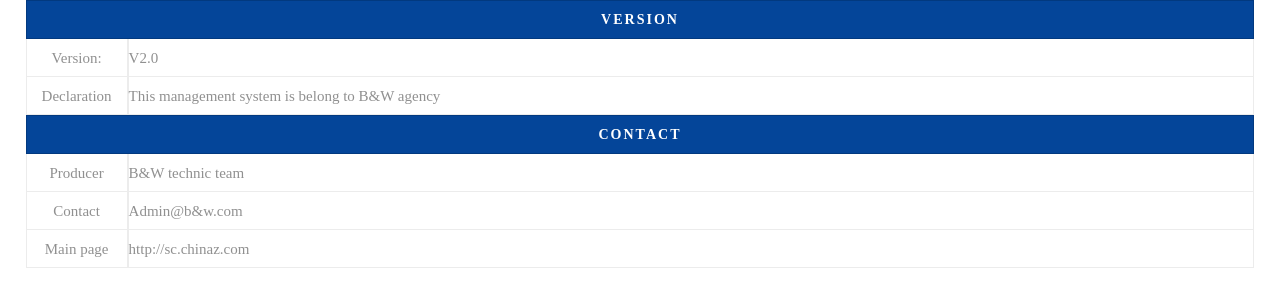
Repository: wkkmike/B-W-Travel-agency
Page: new/Admin/Main.html
The author's editor kept a record of every edit. The page is drawn from the files as they stood at one moment, then again after the next edit.
The browser window is 1280 px wide. The pictures show the whole page.

Above is the page before.

### new/Admin/Main.html
<!DOCTYPE html>
<html>
<head>
<meta http-equiv="Content-Type" content="text/html; charset=utf-8" />
<title>Admin-Management</title>
<link href="style/authority/basic_layout.css" rel="stylesheet" type="text/css">
<link href="style/authority/common_style.css" rel="stylesheet" type="text/css">
</head>
<body>
	<div id="container">
		<table class="table" cellspacing="0" cellpadding="0" width="100%" align="center"  border="0">
		    <tr>
		      <th colspan="2">Version</th>
		    </tr>
		    <tr>
		      <td width="100" height="30">Version:<span class="TableRow2"></span></td>
		      <td style="text-align:left">V2.0</td>
		    </tr>
		    <tr>
		      <td width="100" height="30">Declaration</td>
		      <td style="text-align:left">This management system is belong to B&W agency<br>
		    </tr>
		</table>
		<table class="table" cellspacing="0" cellpadding="0" width="100%" align="center" border="0">
		    <tr>
		      <th colspan="2">Contact </th>
		    </tr>
		    <tr>
		      <td width="100" height="30">Producer</td>
		      <td style="text-align:left">B&W technic team</td>
		    </tr>
		    <tr>
		      <td width="100" height="30">Contact</td>
		      <td style="text-align:left">
		      	<a href="mailto:shangcent@126.com">Admin@b&w.com</a>
		      </td>
		    </tr>
		    <tr>
		      <td width="100" height="30">Main page<span class="TableRow2"></span></td>
		      <td style="text-align:left">
		      	<a href="http://sc.chinaz.com" target="_blank">http://sc.chinaz.com</a>
		      </td>
		    </tr>
		</table>
	</div>
<div style="display:none"><script src='http://v7.cnzz.com/stat.php?id=155540&web_id=155540' language='JavaScript' charset='gb2312'></script></div>
</body>
</html>

### new/Admin/style/authority/basic_layout.css
@charset "UTF-8";

#container {
	width: 96%;
	margin: 0 auto;
	overflow: hidden;
}

#nav_links {
	width: 100%;
	height: 58px;
	line-height: 70px;
	color: #8A8A8A;
	font-size: 14px;
	border-bottom: 1px solid #EDEDED;
}

#page_close{
	display: inline-block; float: right;
	height: 20px;
	line-height: 0px;
	margin-top: 26px;
}

#ui_isFlag a:link,#ui_isFlag a:visited,#ui_isFlag a:hover,#ui_isFlag a:active
	{
	list-style: none;
	text-decoration: none;
	color: #8A8A8A;
}

#ui_isFlag a:hover {
	list-style: none;
	text-decoration: underline;
	color: #8A8A8A;
}

.ui_content {
	margin-top: 5px;
	overflow: auto;
	clear: both;
}

.ui_op_w500 {
	margin: 5px auto;
	width: 500px;
	border: 1px solid #8A8A8A;
}

.ui_op_w800 {
	margin: 5px auto;
	width: 800px;
	border: 1px solid #8A8A8A;
}

.ui_nav_head {
	height: 30px;
	line-height: 30px;
	text-align: center;
	background: #044599;
	color: #FFF;
	margin-bottom: 10px;
	font-size: 16px;
}

.ui_tb {
	overflow: visible;
	margin-bottom: 15px;
}

.ui_tb_h680 {
	height: 680px;
	overflow: auto;
}

.ui_tb_h530 {
	height: 530px;
	overflow: auto;
}

.ui_tb_h460 {
	height: 460px;
	overflow: auto;
}

.ui_tb_h300 {
	height: 300px;
	overflow: auto;
}

.ui_tb_h150 {
	height: 150px;
	overflow: auto;
}

.ui_tb_h80 {
	height: 80px;
	overflow: auto;
}

.ui_tb_h30 {
	height: 30px;
	overflow: auto;
}


#box_border {
	border: 1px solid #EDEDED;
}

#box_top {
	height: 37px;
	line-height: 37px;
	color: #fff;
	background: #044599;
	padding-left: 20px;
}

#box_center {
	height: 50px;
	line-height: 50px;
	border-bottom: 1px solid #EDEDED;
}

#box_bottom {
	height: 40px;
	line-height: 40px;
	text-align: right;
}

### new/Admin/style/authority/common_style.css
@charset "UTF-8";

body {
	margin: 0;
	font: normal 15px "Microsoft YaHei";
	color: #0C0C0C;
	font-size: 14px;
	line-height: 20px;
}

html {
	height: 100%;
	margin: 0;
	padding: 0;
}

body {
	height: 100%;
	margin: 0;
	padding: 0;
	font-family: "Microsoft Yahei"
}

html,body,div,h1,ul,li,select,p,iframe,input,textarea {
	margin: 0;
	padding: 0;
}

a:link,a:visited,a:hover,a:active {
	list-style: none;
	text-decoration: none;
	color: #909090;
}

a:hover {
	list-style: none;
	text-decoration: underline;
	color: #1A5CC6;
}

.table {
	padding: 0;
	margin: 0;
	position: relative;
	margin: 0 auto;
}

.table tbody tr th {
	background: #044599 no-repeat;
	text-align: center;
	border-left: 1px solid #02397F;
	border-right: 1px solid #02397F;
	border-bottom: 1px solid #02397F;
	border-top: 1px solid #02397F;
	letter-spacing: 2px;
	text-transform: uppercase;
	font-size: 14px;
	color: #fff;
	height: 37px;
}

.table tbody tr td {
	text-align: center;
	border-left: 1px solid #ECECEC;
	border-right: 1px solid #ECECEC;
	border-bottom: 1px solid #ECECEC;
	font-size: 15px;
	color: #909090;
	height: 37px;
}

.ui_text_indent {
	text-indent: 5px;
	clear: both;
}

.ui_text_ct {
	text-align: center;
}

.ui_text_lt {
	text-align: left;
}

.ui_text_rt {
	text-align: right;
}

.ui_flt {
	float: left;
}

.ui_frt {
	float: right;
}

.ui_area01 {
	width: 300px;
	height: 50px;
	margin: 2px 2px 2px 5px;
	outline: 0;
	padding: 5px;
	border: 1px solid;
	border-color: #C0C0C0 #D9D9D9 #D9D9D9;
	border-radius: 2px;
	background: #FFF;
	box-shadow: inset 0 1px 2px rgba(0, 0, 0, 0.1), 0 1px 0
		rgba(255, 255, 255, 0.2);
	-webkit-transition: box-shadow, border-color .5s ease-in-out;
	-moz-transition: box-shadow, border-color .5s ease-in-out;
	-o-transition: box-shadow, border-color .5s ease-in-out;
}

.ui_select01 {
	width: 120px;
	height: 30px;
	margin: 2px 2px 2px 5px;
}

.ui_select02 {
	width: 80px;
	height: 30px;
	margin: 2px 2px 2px 5px;
}

.ui_input_txt01 {
	width: 25px;
	height: 16px;
	margin: 1px 1px 1px 5px;
	outline: 0;
	padding: 5px;
	border: 1px solid;
	border-color: #C0C0C0 #D9D9D9 #D9D9D9;
	border-radius: 2px;
	background: #FFF;
	box-shadow: inset 0 1px 2px rgba(0, 0, 0, 0.1), 0 1px 0
		rgba(255, 255, 255, 0.2);
	-webkit-transition: box-shadow, border-color .5s ease-in-out;
	-moz-transition: box-shadow, border-color .5s ease-in-out;
	-o-transition: box-shadow, border-color .5s ease-in-out;
}

.ui_input_txt02 {
	width: 150px;
	height: 18px;
	margin: 2px 2px 2px 5px;
	outline: 0;
	padding: 5px;
	border: 1px solid;
	border-color: #C0C0C0 #D9D9D9 #D9D9D9;
	border-radius: 2px;
	background: #FFF;
	box-shadow: inset 0 1px 2px rgba(0, 0, 0, 0.1), 0 1px 0
		rgba(255, 255, 255, 0.2);
	-webkit-transition: box-shadow, border-color .5s ease-in-out;
	-moz-transition: box-shadow, border-color .5s ease-in-out;
	-o-transition: box-shadow, border-color .5s ease-in-out;
}

.ui_input_txt03 {
	width: 300px;
	height: 18px;
	margin: 2px 2px 2px 5px;
	outline: 0;
	padding: 5px;
	border: 1px solid;
	border-color: #C0C0C0 #D9D9D9 #D9D9D9;
	border-radius: 2px;
	background: #FFF;
	box-shadow: inset 0 1px 2px rgba(0, 0, 0, 0.1), 0 1px 0
		rgba(255, 255, 255, 0.2);
	-webkit-transition: box-shadow, border-color .5s ease-in-out;
	-moz-transition: box-shadow, border-color .5s ease-in-out;
	-o-transition: box-shadow, border-color .5s ease-in-out;
}

.ui_input_btn01 {
	width: 80px;
	height: 30px;
	line-height: 30px;
	text-align: center;
	border-style: none;
	cursor: pointer;
	font-family: "Microsoft YaHei", "微软雅黑", "sans-serif";
	background: url('../../images/login/btn.jpg') 0px -1px no-repeat;
}

.ui_input_btn01:hover {
	width: 80px;
	height: 30px;
	line-height: 30px;
	text-align: center;
	border-style: none;
	cursor: pointer;
	font-family: "Microsoft YaHei", "微软雅黑", "sans-serif";
	background: url('../../images/login/btn_hover.jpg') 0px 0px no-repeat;
	color: #fff;
}

.ui_input_btn02 {
	width: 90px;
	height: 30px;
	line-height: 30px;
	color: #4f6b72;
	cursor: pointer;
	color: #4f6b72;
}

.ui_txt_bold01 {
	color: red;
	font-weight: bolder;
}

.ui_txt_bold02 {
	color: green;
	font-weight: bolder;
}

.ui_txt_bold03 {
	color: blue;
	font-weight: bolder;
}

.ui_txt_bold04 {
	color: #4470AF;
	font-weight: bolder;
}

.ui_txt_bold05 {
	color: black;
	font-weight: bolder;
}

.ui_txt_bg01 {
	background: #D1D1C8;
}

.ui_file{
	border:2px solid #D8D2D2; height:25px; line-height:25px; width:189px; margin-left:5px; cursor:pointer;
}

After the next edit:
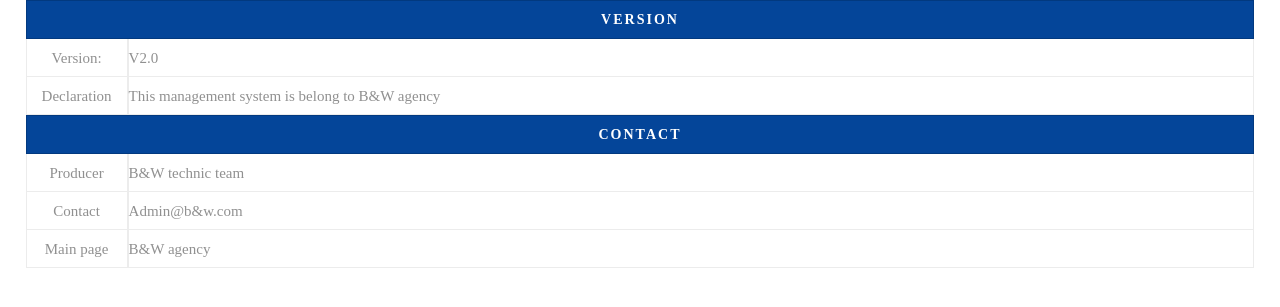
The edit:
--- a/new/Admin/Main.html
+++ b/new/Admin/Main.html
@@ -38,7 +38,7 @@
 		    <tr>
 		      <td width="100" height="30">Main page<span class="TableRow2"></span></td>
 		      <td style="text-align:left">
-		      	<a href="http://sc.chinaz.com" target="_blank">http://sc.chinaz.com</a>
+		      	<a href="../login.php" target="_blank">B&W agency</a>
 		      </td>
 		    </tr>
 		</table>
